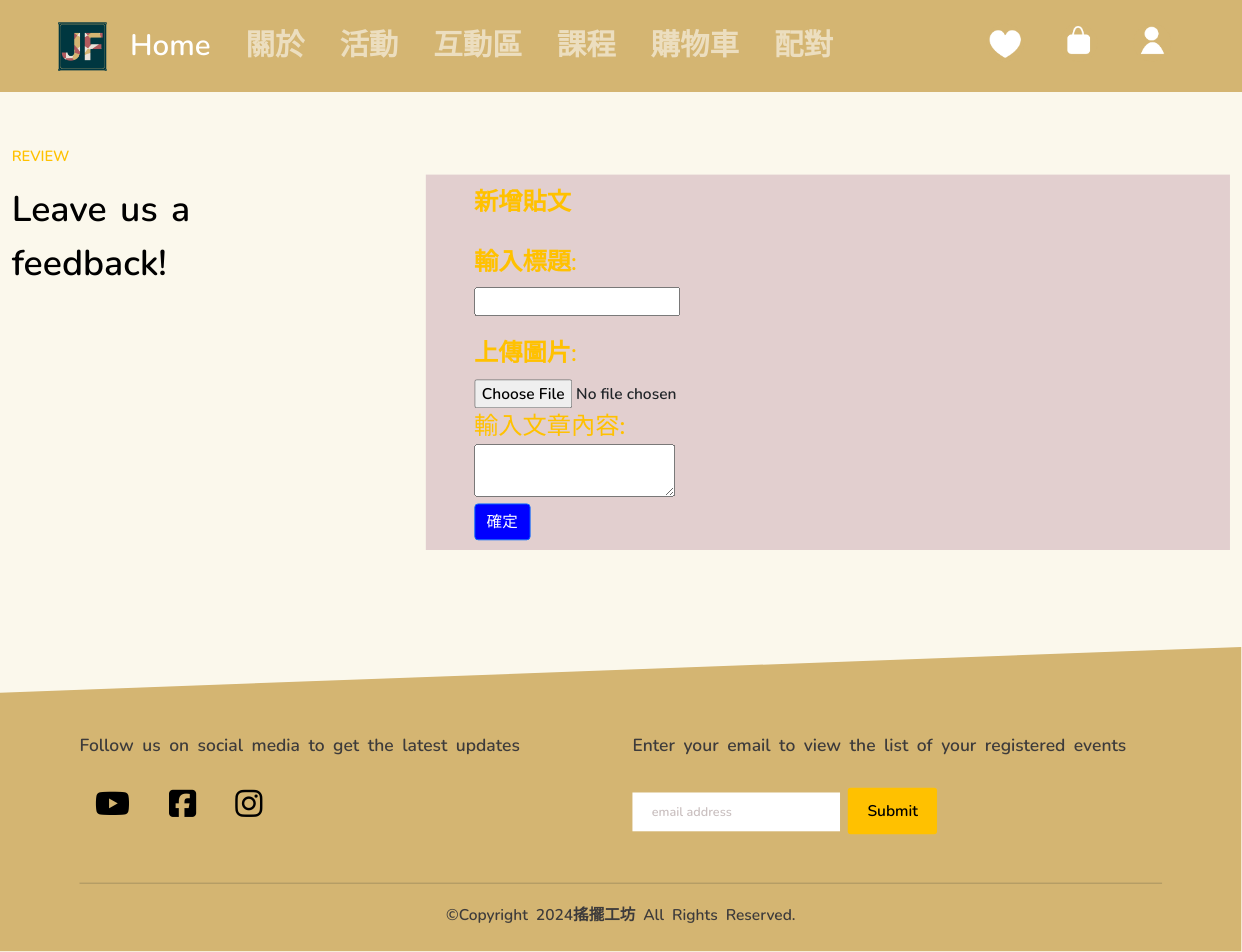
Repository: mmmooonnn0211/project
Page: workspace/demoSpringBoot-1/src/main/resources/static/html/LTInsertFront.html
These files come from the project's save history. The page is drawn as it stood at one moment and after the next save; the edit follows.
The browser window is 1280 px wide. The pictures show the whole page, at 97% of full size.
Some web libraries are served in a nearby version.

Above is the page before, as saved 2024-05-09 11:28:48.
Console error: SyntaxError: Unexpected identifier 'tsByName'

After the next save:
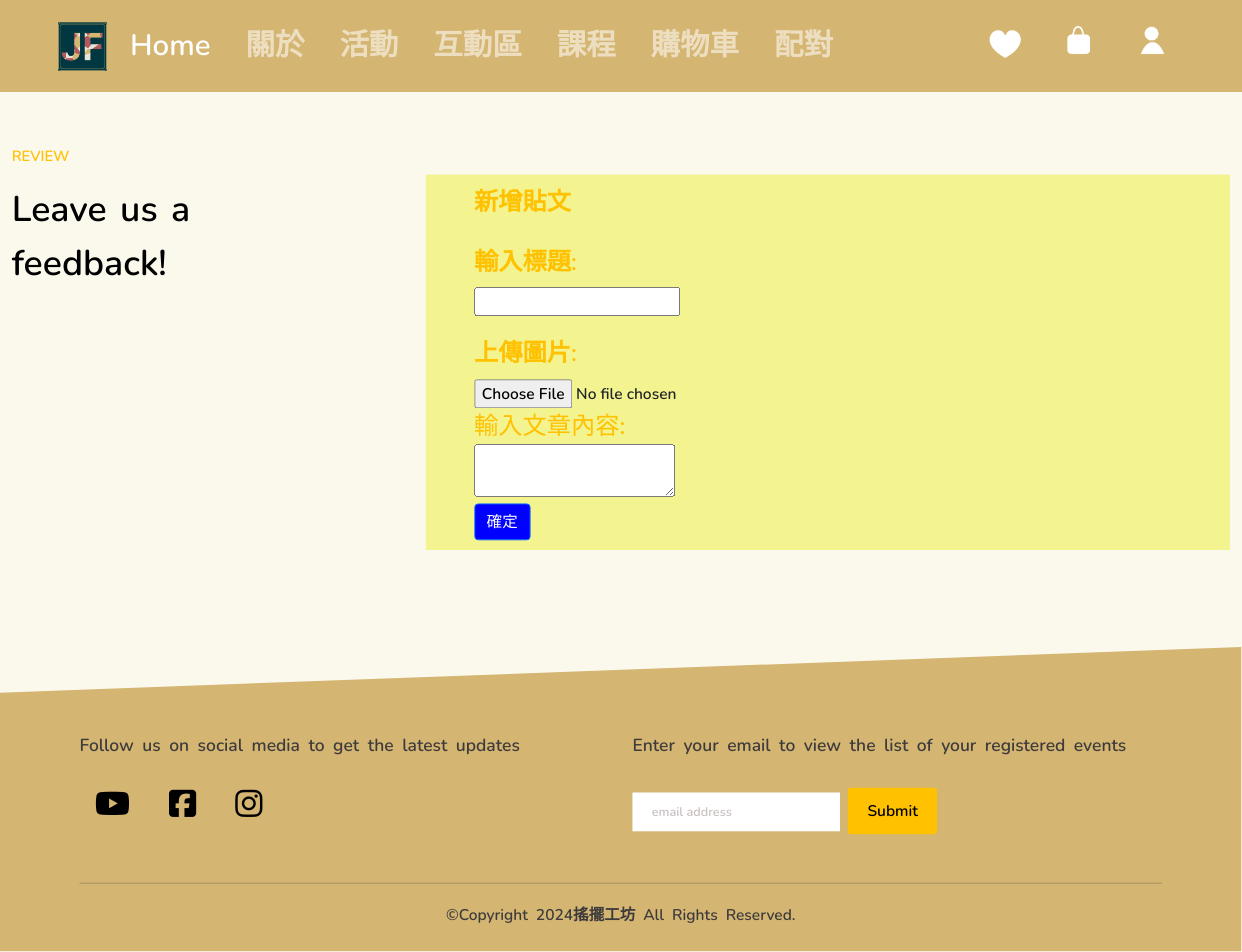
Saved 66 s later.
--- a/workspace/demoSpringBoot-1/src/main/resources/static/html/LTInsertFront.html
+++ b/workspace/demoSpringBoot-1/src/main/resources/static/html/LTInsertFront.html
@@ -50,7 +50,7 @@
 						<p class="feedback">Leave us a <br>feedback!</p>
 					</div>
 					<div class="col-sm-8">
-						<div class="container" id="cards" style="  background-color:rgb(226, 207, 207)">
+						<div class="container" id="cards" style="  background-color:rgb(243, 243, 143)">
 							<div class="" style="margin: auto;">
 								<div id="sugg" class="neon-yellow" style="font-weight: bold; font-size: 25px; ">新增貼文
 								</div>
